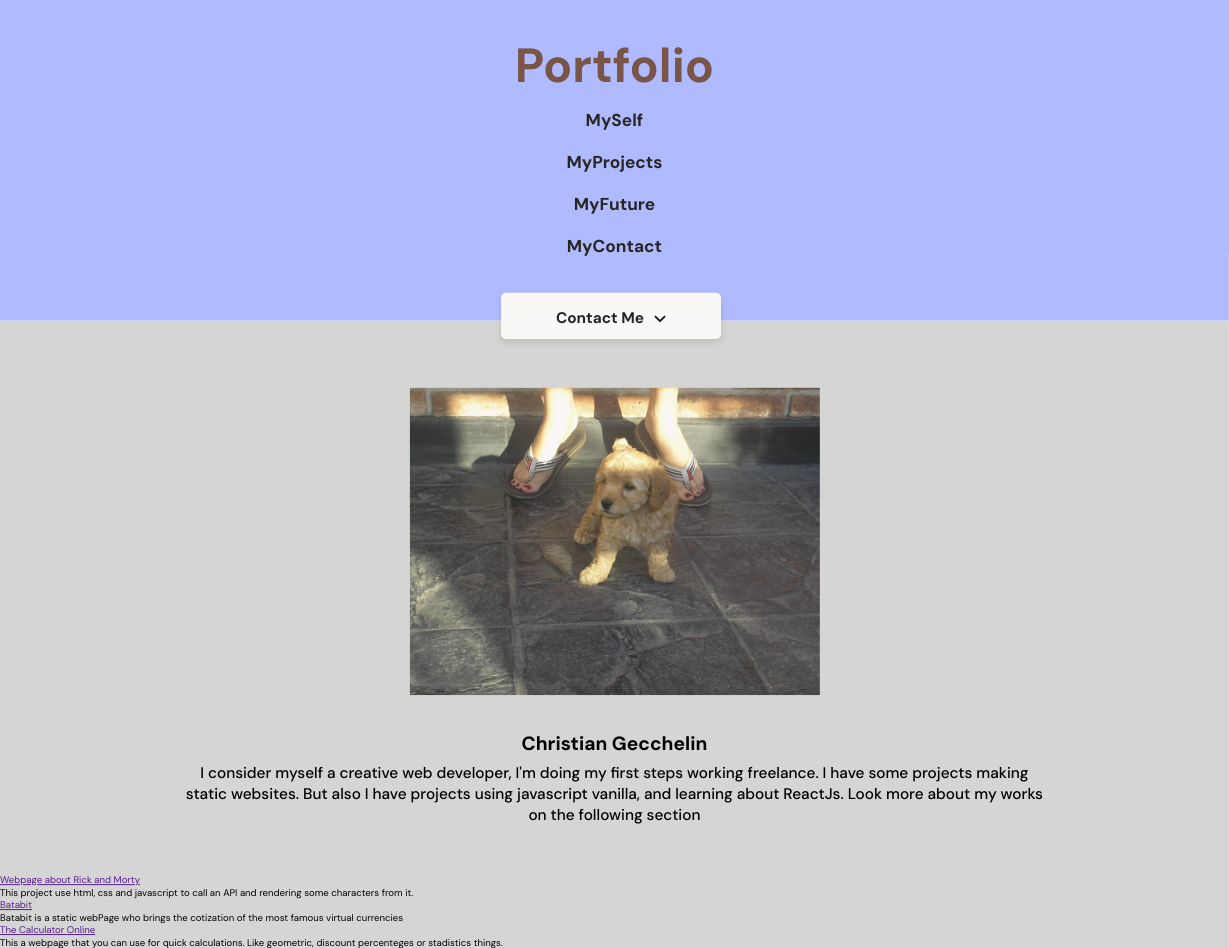
Repository: ChristianGecchelin/PortfolioOnline
Page: index.html
These files come from the project's save history. The page is drawn as it stood at one moment and after the next save; the edit follows.
The browser window is 1280 px wide. The pictures show the whole page, at 96% of full size.

Above is the page before, as saved 2022-01-08 21:22:16.

After the next save:
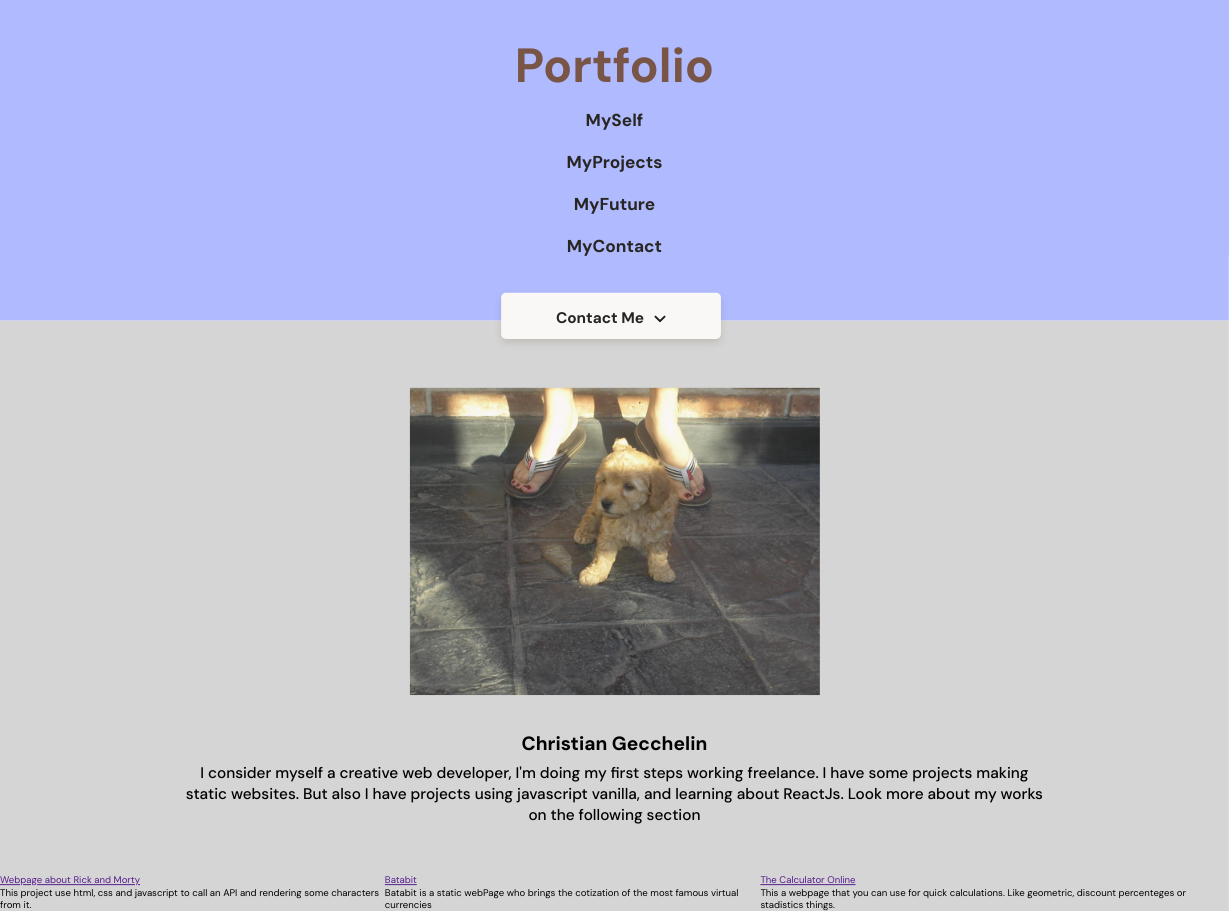
Saved 2 min 7 s later.
--- a/styles/styles.css
+++ b/styles/styles.css
@@ -129,6 +129,7 @@ main .principalContainer-mySelf {
 }
 .principalContainer-myProject {
   display: flex;
-  flex-direction: column;
+  flex-direction: row;
+  flex-wrap: nowrap;
   justify-content: center;
 }
